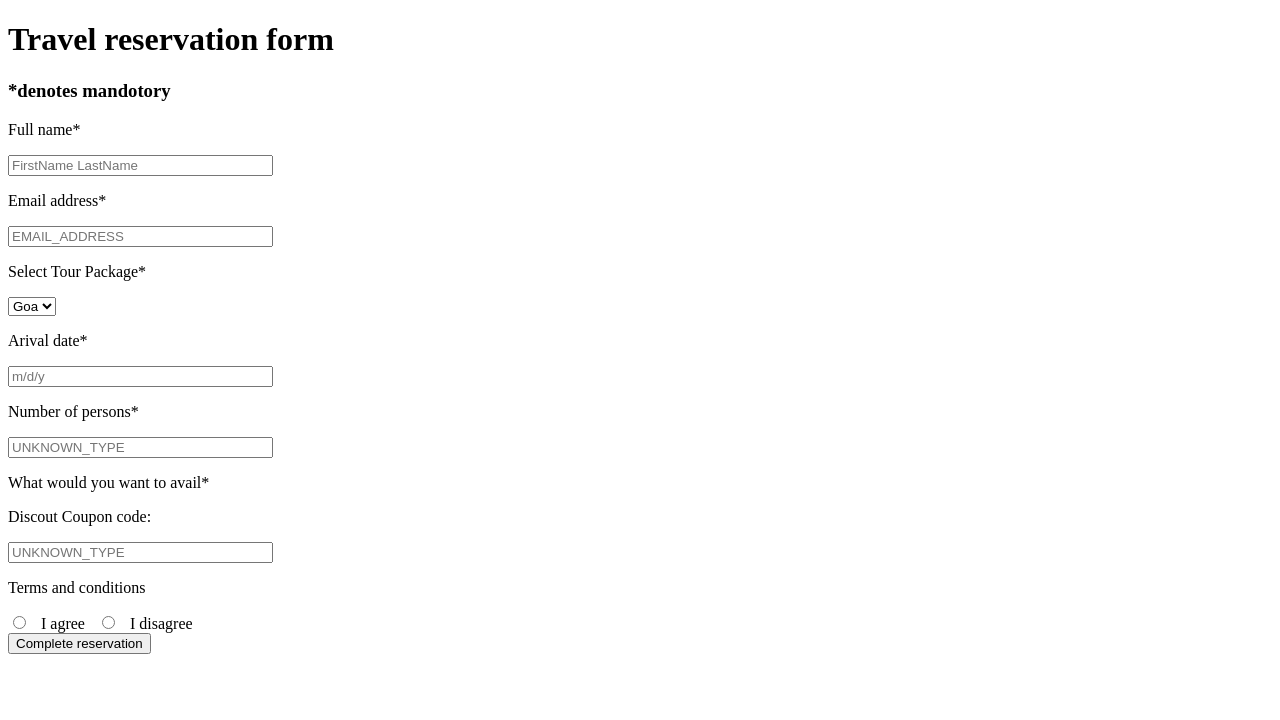
Repository: PhamChiXuan1/HTCNW_tuan3_DHCNTT16C_PhamChiXuan_20030131
Page: bt16.html
These files come from the project's save history. The page is drawn as it stood at one moment and after the next save; the edit follows.
The browser window is 1280 px wide. The pictures show the whole page.

Above is the page before, as saved 2022-02-27 23:56:39.

### bt16.html
<!DOCTYPE html>
<html lang="en">
<head>
    <meta charset="UTF-8">
    <meta http-equiv="X-UA-Compatible" content="IE=edge">
    <meta name="viewport" content="width=device-width, initial-scale=1.0">
    <title>Document</title>
</head>
<body>
    <H1>Travel reservation form</H1>
    <H3>*denotes mandotory</H3>
    <P>Full name*</P>
    <input type="text" id="" name="" size="30" placeholder="FirstName LastName">
    <P>Email address*</P>
    <input type="text" id="" name="" size="30" placeholder="EMAIL_ADDRESS">
    <P>Select Tour Package*</P>
    <select>
        <option value="0">Goa</option>
        <option value="34">GIM</option>
     </select>
    <P>Arival date*</P>
    <input type="text" id="" name="" size="30" placeholder="m/d/y">
    <P>Number of persons*</P>
    <input type="text" id="" name="" size="30" placeholder="UNKNOWN_TYPE">
    <P>What would you want to avail*</P>

    <P>Discout Coupon code:</P>
    <input type="text" id="" name="" size="30" placeholder="UNKNOWN_TYPE">
    <P>Terms and conditions</P>
    <input type="radio" id="" name="" value="">
    <label for="I agree">I agree</label>
    <input type="radio" id="" name="" value="">
    <label for="I disagree">I disagree</label>
    <form>
        <input type="submit" value="Complete reservation">
    </form>
</body>
</html>

After the next save:
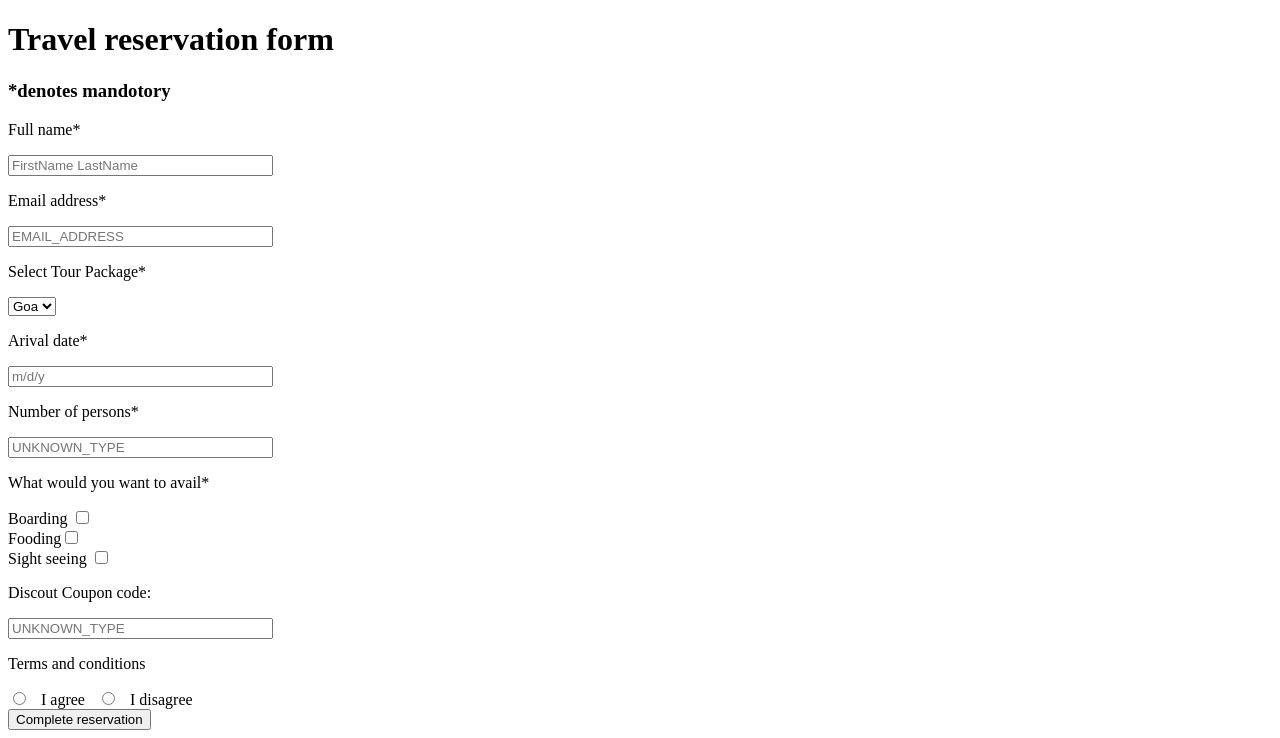
Saved 42 s later.
--- a/bt16.html
+++ b/bt16.html
@@ -23,7 +23,9 @@
     <P>Number of persons*</P>
     <input type="text" id="" name="" size="30" placeholder="UNKNOWN_TYPE">
     <P>What would you want to avail*</P>
-
+    Boarding <input type="checkbox" name="sport" value="Bóng đá">
+    <br> Fooding<input type="checkbox" name="sport" value="Bơi lội">
+    <br> Sight seeing <input type="checkbox" name="sport" value="Điền kinh">
     <P>Discout Coupon code:</P>
     <input type="text" id="" name="" size="30" placeholder="UNKNOWN_TYPE">
     <P>Terms and conditions</P>
